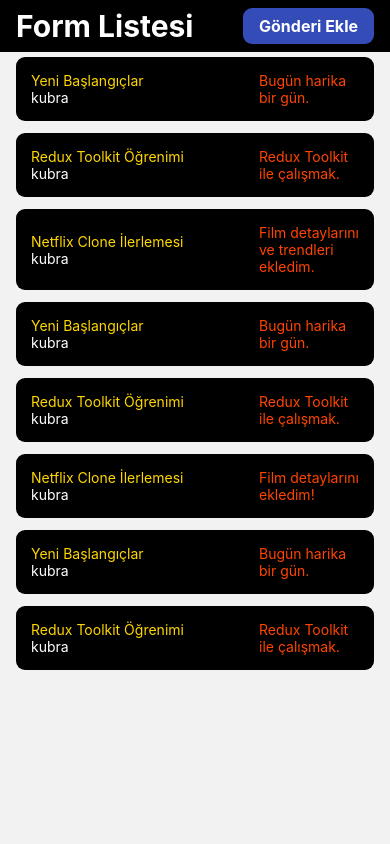
Repository: Kubraaygun/FirebaseRN
Screen: /
An editor plug-in stored every save of this project. The screen is shown before and after the next save, followed by the edit.
The page's requests for data from a server got no answer. The app was drawn by React Native's web renderer in a window 390 px wide. The project was rebuilt for these pictures with package versions that can differ from the ones it lists, and the page was loaded fresh each time. No one was signed in, and anything a server would have sent is missing. Requests to the local data server were answered from the project's data file. Also part of the build but not shown: src/screens/AddPost/AddPostView.jsx, src/screens/AddPost/AddPostModel.js, src/screens/AddPost/AddPostController.jsx.

Above is the screen before, as saved 2025-01-31 23:38:13.

After the next save:
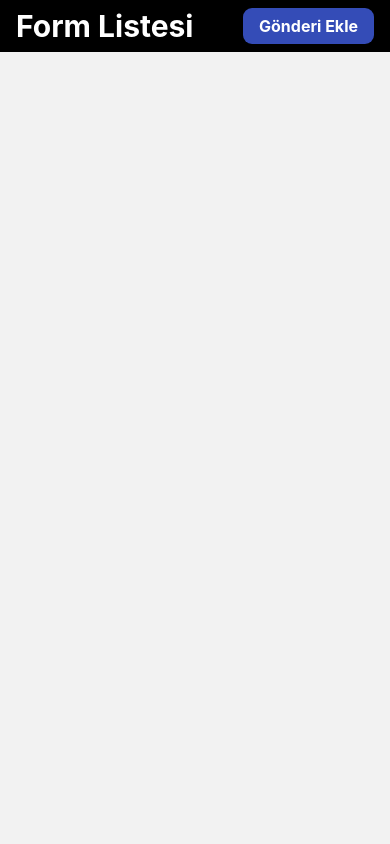
Saved 27 s later.
--- a/src/screens/ListPost/ListPostController.jsx
+++ b/src/screens/ListPost/ListPostController.jsx
@@ -2,14 +2,21 @@ import {StyleSheet, Text, View} from 'react-native';
 import React, {useEffect, useState} from 'react';
 import ListPostView from './ListPostView';
 import axios from 'axios';
+import {useIsFocused} from '@react-navigation/native';
+
 const ListPostController = () => {
   const [postData, setPostData] = useState([]);
+  const isFocused = useIsFocused();
+
   useEffect(() => {
-    axios
-      .get('http://localhost:3000/posts')
-      .then(res => setPostData(res.data))
-      .catch(error => console.log(error));
-  }, []);
+    if (isFocused) {
+      axios
+        .get('http://10.0.2.2:3000/posts')
+        .then(res => setPostData(res.data))
+        .catch(error => console.log('Error:', error.message));
+    }
+  }, [isFocused]);
+
   return <ListPostView postData={postData} />;
 };
 
